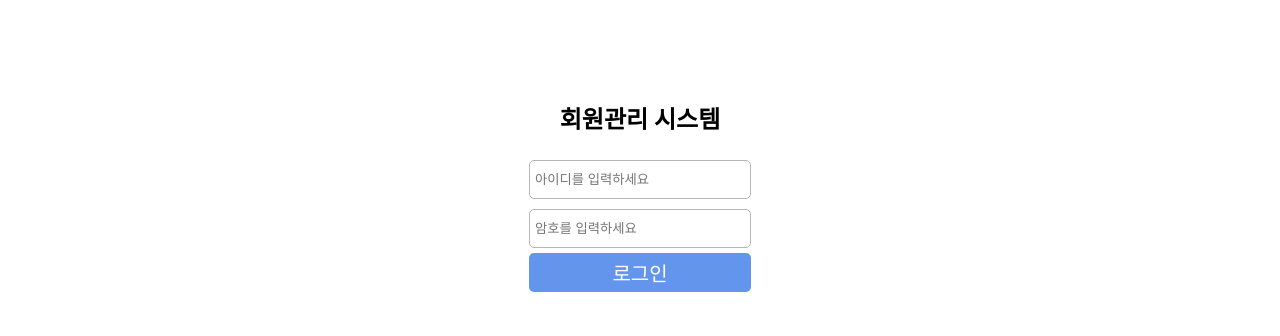
Repository: cdnwell/Jsp
Page: http://localhost/MemberProject/
An editor plug-in stored every save of this project. The page is shown before and after the next save, followed by the edit.
The browser window is 1280 px wide. The pictures show the whole page.
The page is served by Tomcat 9.

Above is the page before, as saved 2022-07-05 03:25:51.

After the next save:
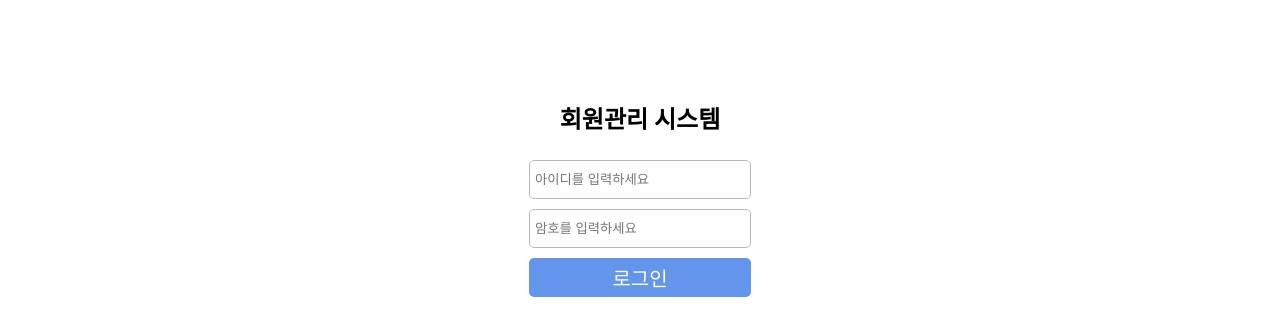
Saved 16 s later.
--- a/MemberProject/src/main/webapp/index.jsp
+++ b/MemberProject/src/main/webapp/index.jsp
@@ -23,6 +23,7 @@
 	}
 
 	button{
+		margin : 5px 0;
 		width : 222px;
 		font-size : 20px;
 		padding : 5px;
